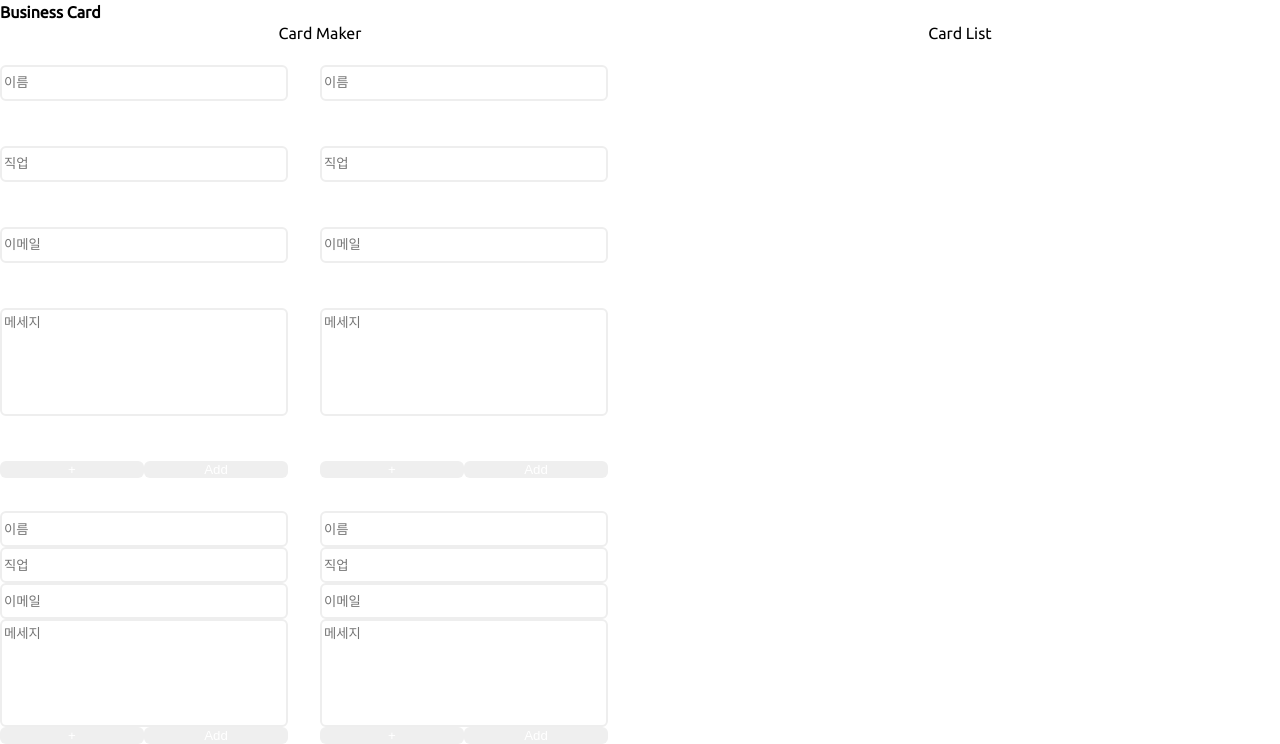
Repository: momo0170/react_businesscard
Page: /main
An editor plug-in stored every save of this project. The page is shown before and after the next save, followed by the edit.
The browser window is 1280 px wide. The pictures show the whole page.
The page's requests for data from a server got no answer. The project was rebuilt for these pictures with package versions that can differ from the ones it lists, and the page was loaded fresh each time. No one was signed in, and anything a server would have sent is missing. Also part of the build but not shown: src/css/login.module.css, src/route/login.jsx.

Above is the page before, as saved 2022-08-14 22:14:23.

### public/index.html
<!DOCTYPE html>
<html lang="en">
  <head>
    <meta charset="utf-8" />
    <link rel="icon" href="%PUBLIC_URL%/favicon.ico" />
    <meta name="viewport" content="width=device-width, initial-scale=1" />
    <meta name="theme-color" content="#000000" />
    <meta
      name="description"
      content="Web site created using create-react-app"
    />
    <link rel="preconnect" href="https://fonts.googleapis.com" />
    <link rel="preconnect" href="https://fonts.gstatic.com" crossorigin />
    <link
      href="https://fonts.googleapis.com/css2?family=Noto+Sans+KR:wght@400;700&family=Ubuntu:ital,wght@0,400;1,500&display=swap"
      rel="stylesheet"
    />

    <title>App</title>
  </head>
  <body>
    <noscript>You need to enable JavaScript to run this app.</noscript>
    <div id="root"></div>
  </body>
</html>

### src/index.js
import React from 'react';
import ReactDOM from 'react-dom/client';
import './index.css';
import App from './app.jsx';
import { BrowserRouter } from 'react-router-dom';

const root = ReactDOM.createRoot(document.getElementById('root'));
root.render(
  <BrowserRouter>
    <App />
  </BrowserRouter>
);

### src/index.css
html {
  width: 100%;
  height: 100%;
}

body {
  width: 100%;
  height: 100%;
  margin: 0;
  font-family: 'Noto Sans KR', sans-serif;
  font-family: 'Ubuntu', sans-serif;
}

#root {
  width: 100%;
  height: 100%;
}

### src/app.jsx
import React, { useState, useRef } from 'react';
import { Routes, Route } from 'react-router-dom';

import Login from './route/login';
import Main from './route/main';

import { auth } from './service/firebase.js';
import './service/firebase.js';
import writeUserData from './service/database.js';
import {
  GoogleAuthProvider,
  signInWithPopup,
  createUserWithEmailAndPassword,
  onAuthStateChanged,
  signInWithEmailAndPassword,
  signOut,
} from 'firebase/auth';

// createUserWithEmailAndPassword : 회원가입
// signInWithEmailAndPassword : 로그인
// signOut : 로그아웃
// sendEmailVerifiacation : 회원가입한 이메일 유호 확인
// updateEmail : 회원가입한 아이디 이메일 변경
// updatePassword : 회원가입한 아이디 패스워드 변경
// sendPasswordResetEmail : 회원가입한 비빌먼호 재설정
// delete : 회원가입한 아이디 삭제
// reauthenticate : 아이디 재인증
// onAuthStateChanged : 사용자의 로그인 상태 변경 감시

function App() {
  const [registerEmail, setRegisterEmail] = useState('');
  const [registerPassword, setRegisterPassword] = useState('');
  const [loginEmail, setLoginEmail] = useState(''); // email 저장하는 변수
  const [loginPassword, setLoginPassword] = useState(''); // 비밀번호 저장하는 변수
  const [googleUserData, setGoogleUserData] = useState(null); // google 로그인 사용자 정보
  const [emailUserData, setEmailUserData] = useState(null); // email 로그인 사용자 정보
  const loginInputId = useRef(); // id input 태그 제어
  const loginInputPassword = useRef(); // password input 태그 제어

  // 회원가입
  const register = () => {
    createUserWithEmailAndPassword(auth, registerEmail, registerPassword)
      .then((userCredential) => {
        var registerUser = userCredential.user;
        console.log(registerUser);
      })
      .catch((error) => {
        var errorCode = error.code;
        var errorMessage = error.message;
        console.log(errorCode);
        console.log(errorMessage);
        // ..
      });
  };

  // 이메일 로그인
  const emailLogin = (e) => {
    e.preventDefault();
    loginInputId.current.value = '';
    loginInputPassword.current.value = '';
    signInWithEmailAndPassword(auth, loginEmail, loginPassword)
      .then((userCredential) => {
        const data = userCredential.user;
        setEmailUserData(data);
        console.log(data);
        document.location.href = '/main';
      })
      .catch((error) => {
        const errorCode = error.code;
        const errorMessage = error.message;
        console.log(errorCode);
        console.log(errorMessage);
      });
  };

  // 구글 로그인
  const googleLogin = () => {
    const provider = new GoogleAuthProvider(); // provider를 구글로 설정
    signInWithPopup(auth, provider) // popup을 이용한 signup
      .then((data) => {
        setGoogleUserData(data.user); // user data 설정
        console.log(data); // console로 들어온 데이터 표시
        document.location.href = '/main';
      })
      .catch((err) => {
        console.log(err);
      });
  };

  return (
    <Routes>
      <Route path="/">
        <Route
          path="login"
          element={
            <Login
              googleLogin={googleLogin}
              register={register}
              emailLogin={emailLogin}
              googleUserData={googleUserData}
              setGoogleUserData={setGoogleUserData}
              emailUserData={emailUserData}
              setEmailUserData={setEmailUserData}
              setLoginEmail={setLoginEmail}
              setLoginPassword={setLoginPassword}
              loginInputId={loginInputId}
              loginInputPassword={loginInputPassword}
            />
          }
        />
      </Route>
      <Route path="/main" element={<Main />} />
    </Routes>
  );
}

export default App;

### src/route/main.jsx
import React from 'react';
import { useState } from 'react';
import styles from '../css/main.module.css';
import CardMaker from '../components/cardMaker';

function Main() {
  const [maker, setMaker] = useState([
    {
      name: '창한',
      job: 'Front-End Developer',
      email: 'momo017097@gmail.com',
      message: '화이팅',
    },
    {
      name: 'Donald',
      job: 'FBI agent',
      email: 'dnd@gmail.com',
      message: 'Get down here',
    },
  ]);
  const [card, setCard] = useState([]);

  return (
    <>
      <header className={styles.header}>
        <span className={styles.title}>Business Card</span>
        <div>
          <span className={styles.logout}>로그아웃</span>
        </div>
      </header>
      <div className={styles.container}>
        {/* 카드 메이커 */}
        <div className={styles.cardMakerTitle}>
          <span>Card Maker</span>
          <div className={styles.cardMakers}>
            <CardMaker />
            <CardMaker />
            <CardMaker />
            <CardMaker />
          </div>
        </div>

        {/* 카드 리스트 */}
        <div className={styles.cardListTitle}>
          <span>Card List</span>
          <div className={styles.cardLists}></div>
        </div>
      </div>
    </>
  );
}

export default Main;

### src/service/firebase.js
import { initializeApp } from 'firebase/app';
import { getAuth } from 'firebase/auth';

const firebaseConfig = {
  apiKey: process.env.REACT_APP_API_KEY,
  authDomain: process.env.REACT_APP_AUTH_DOMAIN,
  projectId: process.env.REACT_APP_PROJECT_ID,
  storageBucket: process.env.REACT_APP_STORAGE_BUCKET,
  messagingSenderId: process.env.REACT_APP_MESSAGING_ID,
  appId: process.env.REACT_APP_APP_ID,
};
const app = initializeApp(firebaseConfig);
const auth = getAuth(app);

export { app, auth };

### src/service/database.js
import { getDatabase, ref, set } from 'firebase/database';

// set을 사용해서 지정된 참조에 데이터를 저장
// 해당 경로의 기존 데이터를 모두 바꿈
// 하위 노드를 포함하여 지정된 위치의 데이터를 덮어 씀
const writeUserData = (userId, name, email) => {
  const db = getDatabase();
  set(ref(db, '/main/users/' + userId), {
    username: name,
    email: email,
  });
};

// onValue 메소드가 이벤트를 관찰
// 이벤트가 발생하면 지정한 경로에 있는 콘텐츠의 정적 스냅샷을 읽음
// 처음에 리스너에 연결될 때 한 번 트리거되고, 하위 요소를 포함한 데이터가 변경될 때마다 다시 트리거
// 리스너는 이벤트 발생 시점에 지정된 위치에 있던 데이터르 포함하는 스냅샷을 수신
// val() 메소트를 이용해 스냅샷 데이터 검색 가능

export default writeUserData;

### src/css/main.module.css
@value normalBlue from '../common/colors.css';
@value marginNormal, fontXLarge, marginHigh, paddingLow, fontLarge, paddingNormal, paddingHigh, fontXXLarge from '../common/size.css';

.header {
  display: flex;
  justify-content: space-between;
  align-items: center;
  padding: paddingNormal paddingHigh;
  position: sticky;
  top: 0;
  background-color: white;
}

.title {
  color: normalBlue;
  margin: 0;
  font-size: fontXXLarge;
  font-weight: 600;
}

.logout {
  cursor: pointer;
  background-color: normalBlue;
  padding: paddingLow;
  color: white;
  font-weight: 600;
  border-radius: 6px;
}

.container {
  display: flex;
  height: 100vh;
}

.cardMakerTitle,
.cardListTitle {
  display: flex;
  flex-direction: column;
  align-items: center;
}
.cardMakerTitle,
.cardListTitle {
  /* background-color: grey; */
  flex: 1 1 50%;
}

.cardMakerTitle span,
.cardListTitle span {
  margin-bottom: marginNormal;
  font-size: fontXLarge;
}

.cardMakers,
.cardLists {
  width: 100%;
  height: 100%;
  display: grid;
  grid-template-columns: repeat(auto-fill, 50%);
  grid-template-rows: repeat(auto-fill, minmax(400px, 500px));
  overflow: auto;
  row-gap: 10px;
}

### src/components/cardMaker.jsx
import styles from '../css/cardMaker.module.css';

function CardMaker() {
  return (
    <div className={styles.frame}>
      <input className={styles.name} placeholder="이름" />
      <input className={styles.job} placeholder="직업" />
      <input className={styles.email} placeholder="이메일" />
      <textarea className={styles.message} placeholder="메세지" />
      <div className={styles.btns}>
        <button className={styles.photoBtn}>+</button>
        <button className={styles.addBtn}>Add</button>
      </div>
    </div>
  );
}

export default CardMaker;

### src/css/cardMaker.module.css
@value normalBlue, cardBackground, cardBorder, cardAdd, cardDelete, photoAdd from '../common/colors.css';
@value marginNormal, fontXLarge, marginLow, marginHigh, paddingLow, fontLarge, paddingNormal, paddingHigh, fontXXLarge from '../common/size.css';

.frame {
  width: 90%;
  display: flex;
  flex-direction: column;
  justify-content: space-around;
  background-color: cardBackground;
  border: 1px solid cardBorder;
  border-radius: 6px;
}

input {
  margin: 0 marginHigh;
  margin-top: marginNormal;
  border: 2px solid #eeeeee;
  border-radius: 6px;
  padding-left: paddingLow;
}

.message {
  margin: marginHigh;
  margin-bottom: 0;
  border: 2px solid #eeeeee;
  border-radius: 6px;
  height: 100px;
  resize: none;
  padding: paddingLow;
}

.name,
.job,
.email {
  height: 30px;
}

input:focus,
.message:focus {
  border: 2px solid normalBlue;
}

.btns {
  display: flex;
  justify-content: space-between;
  margin: marginLow marginHigh;
}
.photoBtn,
.addBtn {
  outline: 0;
  border: 0;
  border-radius: 6px;
  cursor: pointer;
  flex: 1 1 50%;
  color: white;
  padding: paddingNormal 0;
}

.photoBtn {
  background-color: photoAdd;
  margin-right: marginLow;
}
.addBtn {
  background-color: normalBlue;
}

After the next save:
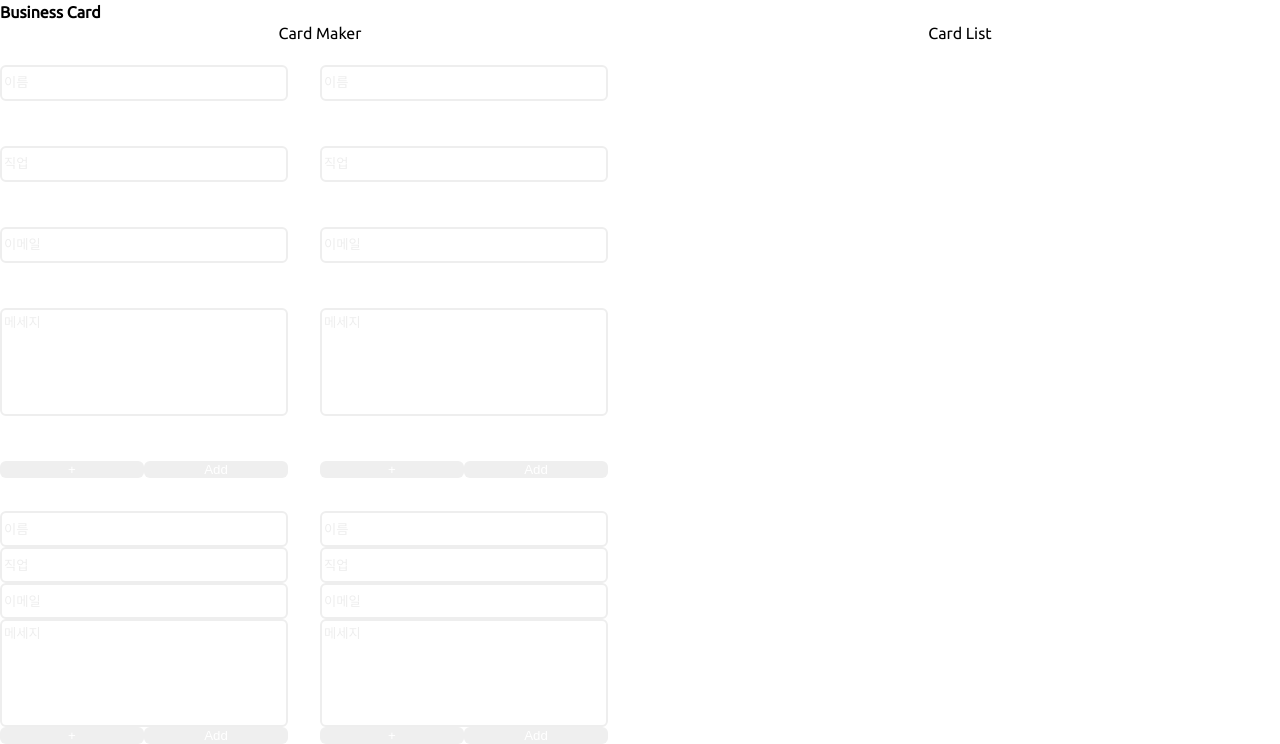
Saved 5 min 12 s later.
--- a/src/css/cardMaker.module.css
+++ b/src/css/cardMaker.module.css
@@ -40,6 +40,11 @@ input:focus,
   border: 2px solid normalBlue;
 }
 
+input::placeholder,
+.message::placeholder {
+  color: #eeeeee;
+}
+
 .btns {
   display: flex;
   justify-content: space-between;
